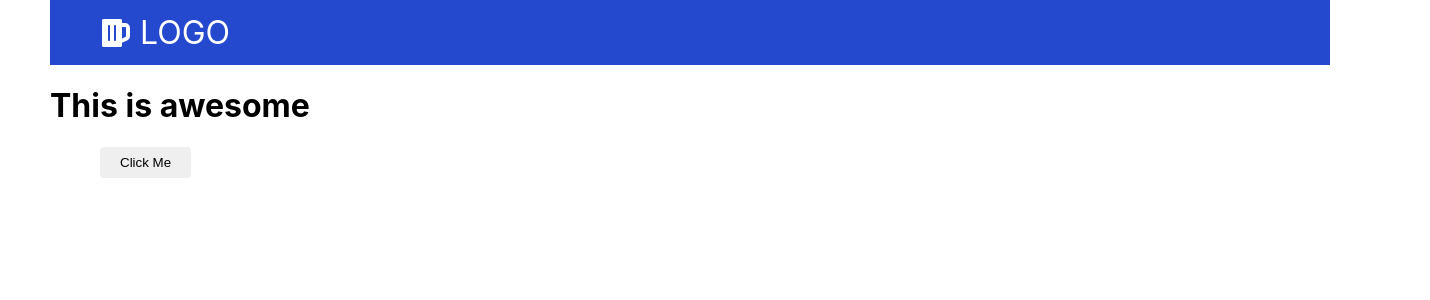
Repository: ajaygc95/Django-and-react
Page: / (app in galamart_sell/reactfrontend/)
The author's editor kept a copy of each file at every save. The page is drawn from the files as they stood at one save, then again after the next save.
The browser window is 1280 px wide. The page is 1430 px wide, then 1280 px, so the pictures cover 1430 px, including what lies to the right of the window. The pictures show the whole page.
The project was rebuilt for these pictures with package versions that can differ from the ones it lists, and the page was loaded fresh each time. Also part of the build but not shown: galamart_sell/reactfrontend/src/components/Button.js, galamart_sell/reactfrontend/src/components/About.js, galamart_sell/reactfrontend/src/components/Shop.css, galamart_sell/reactfrontend/src/components/Shop.js, galamart_sell/reactfrontend/src/components/ItemDetail.js.

Above is the page before, as saved 2021-04-07 11:17:45.

After the next save:
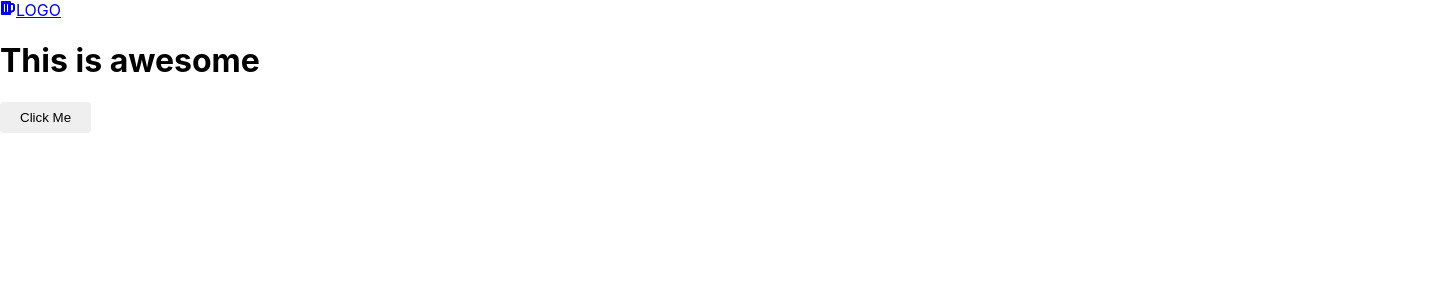
Saved 19 s later.
--- a/galamart_sell/reactfrontend/src/components/Nav.css
+++ b/galamart_sell/reactfrontend/src/components/Nav.css
@@ -1,4 +1,4 @@
-.navbar {
+/* .navbar {
   background: #2449cf;
   height: 65px;
   display: flex;
@@ -36,7 +36,7 @@
 
 .navbar-icon {
   margin-right: 0.5rem;
-}
+} */
 
 /*
 
